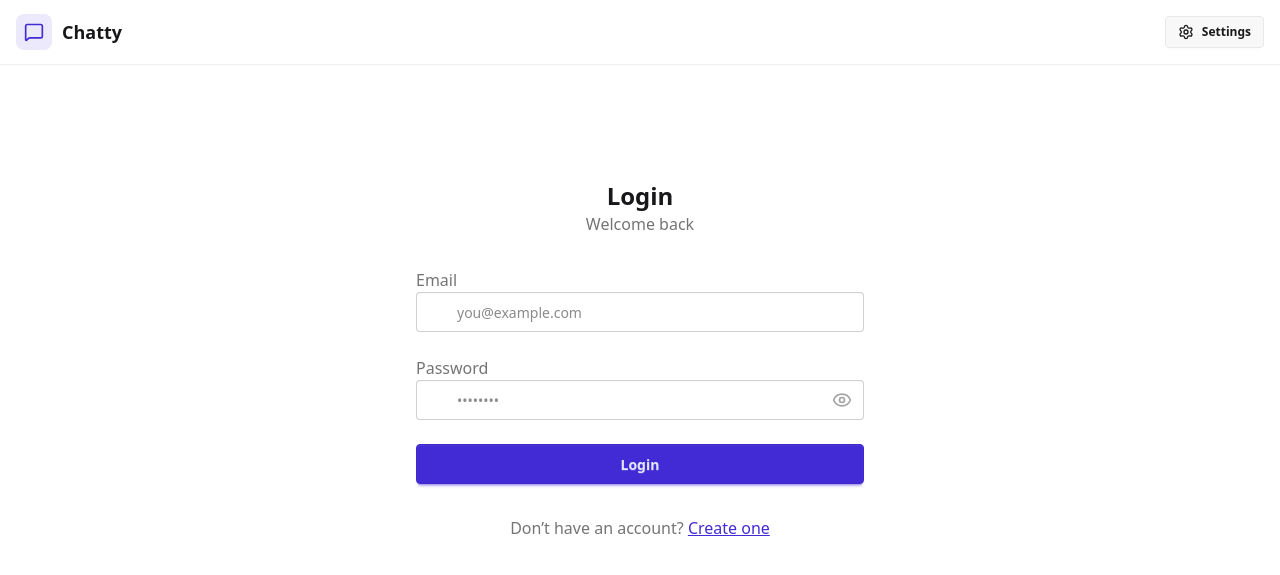
Repository: MdWaseem786/Chatty---MERN-stack
Page: / (app in frontend/)
These files come from the project's save history. The page is drawn as it stood at one moment and after the next save; the edit follows.
The browser window is 1280 px wide. The pictures show the whole page.
The page's requests for data from a server got no answer. The project was rebuilt for these pictures with package versions that can differ from the ones it lists, and the page was loaded fresh each time. No one was signed in, and anything a server would have sent is missing. Also part of the build but not shown: frontend/vite.config.js, frontend/src/pages/HomePage.jsx, frontend/src/components/authImagePattern.jsx, frontend/src/pages/SignUpPage.jsx, frontend/src/pages/ProfilePage.jsx, frontend/src/pages/SettingsPage.jsx.

Above is the page before, as saved 2025-11-25 12:37:05.

### frontend/index.html
<!doctype html>
<html lang="en" data-theme="black">
  <head>
    <meta charset="UTF-8" />
    <link rel="icon" type="image/svg+xml" href="/vite.svg" />
    <meta name="viewport" content="width=device-width, initial-scale=1.0" />
    <title>frontend</title>
  </head>
  <body>
    <div id="root"></div>
    <script type="module" src="/src/main.jsx"></script>
  </body>
</html>

### frontend/src/main.jsx
import React from "react";
import ReactDOM from "react-dom/client";
import { BrowserRouter } from "react-router-dom";
import { App } from "./App";
import "./index.css";


ReactDOM.createRoot(document.getElementById("root")).render(
  <BrowserRouter>
    <App />
  </BrowserRouter>
);

### frontend/src/App.jsx
import React, { useEffect } from "react";
import { Routes, Route, Navigate } from "react-router-dom";
import  Navbar  from "./components/Navbar";
import { HomePage } from "./pages/HomePage";
import  LoginPage  from "./pages/LoginPage";
import { SignUpPage } from "./pages/SignUpPage";
import { ProfilePage } from "./pages/ProfilePage";
import { SettingsPage } from "./pages/SettingsPage";
import { useAuthStore } from "./store/useAuthStore";
import { Loader } from "lucide-react";
import toast, { Toaster } from "react-hot-toast";


export const App = () => {
  const { authUser, checkAuth, isCheckingAuth } = useAuthStore();

  useEffect(() => {
    checkAuth();
  }, [checkAuth]);

  if (isCheckingAuth && !authUser) {
    return (
      <div className="flex justify-center items-center h-screen">
        <Loader className="w-10 h-10 animate-spin text-black" />

      </div>
    );
  }

  return (
    <div data-theme="retro">
      <Navbar />
      <Routes>
        <Route path="/" element={authUser?<HomePage />:<Navigate to="/login"/>} />
        <Route path="/login" element={<LoginPage />} />
        <Route path="/signup" element={<SignUpPage />} />
        <Route path="/profile" element={authUser?<ProfilePage />: <Navigate to="/login"/>} />
        <Route path="/settings" element={<SettingsPage />} />
      </Routes>

      <Toaster />
    </div>
  );
};

### frontend/src/components/Navbar.jsx
import React from "react";
import { Link } from "react-router-dom";
import { MessageSquare, Settings, User, LogOut } from "lucide-react";
import useAuthStore from "../store/useAuthStore";

const Navbar = () => {
  const { logout, authUser } = useAuthStore();

  return (
    <header className="bg-base-100 border-b border-base-300 fixed w-full top-0 z-40 backdrop-blur-lg bg-base-100/80">
      <div className="container mx-auto px-4 h-16">
        <div className="flex items-center justify-between h-full">

          <div className="flex items-center gap-8">
            <Link to="/" className="flex items-center gap-2.5 hover:opacity-80 transition-all">
              <div className="size-9 rounded-lg bg-primary/10 flex items-center justify-center">
                <MessageSquare className="w-5 h-5 text-primary" />
              </div>
              <h1 className="text-lg font-bold">Chatty</h1>
            </Link>
          </div>

          <div className="flex items-center gap-2">

            <Link to="/settings" className="btn btn-sm gap-2">
              <Settings className="w-4 h-4" />
              <span className="hidden sm:inline">Settings</span>
            </Link>

            {authUser && (
              <>
                <Link to="/profile" className="btn btn-sm gap-2">
                  <User className="size-5" />
                  <span className="hidden sm:inline">Profile</span>
                </Link>

                <button className="btn btn-sm gap-2" onClick={logout}>
                  <LogOut className="size-5" />
                  <span className="hidden sm:inline">Logout</span>
                </button>
              </>
            )}

          </div>

        </div>
      </div>
    </header>
  );
};

export default Navbar;

### frontend/src/pages/LoginPage.jsx
import React, { useState } from "react";
import { Mail, Lock, Eye, EyeOff, Loader2 } from "lucide-react";
import { Link, useNavigate } from "react-router-dom";
import { useAuthStore } from "../store/useAuthStore";
import toast from "react-hot-toast";

const LoginPage = () => {
  const navigate = useNavigate();

  const [showPassword, setShowPassword] = useState(false);
  const [formData, setFormData] = useState({
    email: "",
    password: "",
  });

  const { login, isLoggingIn } = useAuthStore();

  const handleSubmit = async (e) => {
    e.preventDefault();

    if (!formData.email.trim()) return toast.error("Email is required");
    if (!formData.password.trim()) return toast.error("Password is required");

    const success = await login(formData);
    if (success) navigate("/");
  };

  return (
    <div className="h-screen flex justify-center items-center p-6">
      <div className="w-full max-w-md space-y-8">

        <div className="text-center mb-8">
          <h1 className="text-2xl font-bold">Login</h1>
          <p className="text-base-content/60">Welcome back</p>
        </div>

        <form onSubmit={handleSubmit} className="space-y-6">

          <div className="form-control">
            <label className="label">
              <span className="label-text font-medium">Email</span>
            </label>

            <div className="relative">
              <div className="absolute inset-y-0 left-0 pl-3 flex items-center pointer-events-none">
                <Mail className="w-5 h-5 text-base-content/40" />
              </div>

              <input
                type="email"
                className="input input-bordered w-full pl-10"
                placeholder="you@example.com"
                value={formData.email}
                onChange={(e) =>
                  setFormData({ ...formData, email: e.target.value })
                }
              />
            </div>
          </div>

          <div className="form-control">
            <label className="label">
              <span className="label-text font-medium">Password</span>
            </label>

            <div className="relative">
              <div className="absolute inset-y-0 left-0 pl-3 flex items-center pointer-events-none">
                <Lock className="w-5 h-5 text-base-content/40" />
              </div>

              <input
                type={showPassword ? "text" : "password"}
                className="input input-bordered w-full pl-10"
                placeholder="••••••••"
                value={formData.password}
                onChange={(e) =>
                  setFormData({ ...formData, password: e.target.value })
                }
              />

              <button
                type="button"
                className="absolute inset-y-0 right-0 pr-3 flex items-center"
                onClick={() => setShowPassword(!showPassword)}
              >
                {showPassword ? (
                  <EyeOff className="w-5 h-5 text-base-content/40" />
                ) : (
                  <Eye className="w-5 h-5 text-base-content/40" />
                )}
              </button>
            </div>
          </div>

          <button
            type="submit"
            className="btn btn-primary w-full"
            disabled={isLoggingIn}
          >
            {isLoggingIn ? (
              <span className="flex items-center gap-2">
                <Loader2 className="w-5 h-5 animate-spin" />
                Logging in...
              </span>
            ) : (
              "Login"
            )}
          </button>

        </form>

        <div className="text-center">
          <p className="text-base-content/60">
            Don’t have an account?{" "}
            <Link to="/signup" className="link link-primary">
              Create one
            </Link>
          </p>
        </div>

      </div>
    </div>
  );
};

export default LoginPage;

### frontend/src/store/useAuthStore.js
import { create } from "zustand";
import axiosInstance from "../lib/axios";
import toast from "react-hot-toast";

export const useAuthStore = create((set) => ({
  authUser: null,
  isSigningUp: false,
  isLoggingIn: false,
  isUpdatingProfile: false,
  isCheckingAuth: true,

  checkAuth: async () => {
    try {
      const res = await axiosInstance.get("/auth/check");
      set({ authUser: res.data });
    } catch (error) {
      console.log(error);
      set({ authUser: null });
    } finally {
      set({ isCheckingAuth: false });
    }
  },

  signup: async (data) => {
    set({ isSigningUp: true });

    try {
      const res = await axiosInstance.post("/auth/signup", data);
      set({ authUser: res.data });
      toast.success("Account Created Successfully");

      return true;     // <-- REQUIRED FOR REDIRECT
    } catch (error) {
      toast.error(error.response?.data?.message || "Signup Failed");

      return false;    // <-- REQUIRED FOR REDIRECT
    } finally {
      set({ isSigningUp: false });
    }
  },
  logout: async(  ) => {
    try {
      await axiosInstance.post("/auth/signout");
      set({ authUser: null });
      toast.success("Logged out successfully");
    } catch (error) {
      toast.error(error.response?.data?.message || "Logout Failed");
    }
  },
  login: async (data) => {
    set({ isLoggingIn: true });
    try {
      const res = await axiosInstance.post("/auth/signin", data);
      set({ authUser: res.data });
      toast.success("Logged in successfully");
      return true;
    } catch (error) {
      toast.error(error.response?.data?.message || "Login failed");
      return false;
    } finally {
      set({ isLoggingIn: false });
    }
  },
  updateProfile: async (data) => {
    set({ isUpdatingProfile: true });

    try {
      const res = await axiosInstance.put("/auth/update-profile", data);

      set((state) => ({
        authUser: {
          ...state.authUser,
          ...res.data.user
        },
        isUpdatingProfile: false
      }));

      toast.success("Profile Updated Successfully");

    } catch (error) {
      console.log("error in updating profile:", error);
      const message = error.response?.data?.message || "Update failed";
      toast.error(message);

    } finally {
      set({ isUpdatingProfile: false });
    }
  },


}));

export default useAuthStore;

### frontend/src/lib/axios.js
import axios from "axios";

export const axiosInstance = axios.create({
    baseURL: "http://localhost:5000/api",
    withCredentials: true,
});

export default axiosInstance;

Loaded but not shown: frontend/src/index.css (common file)

After the next save:
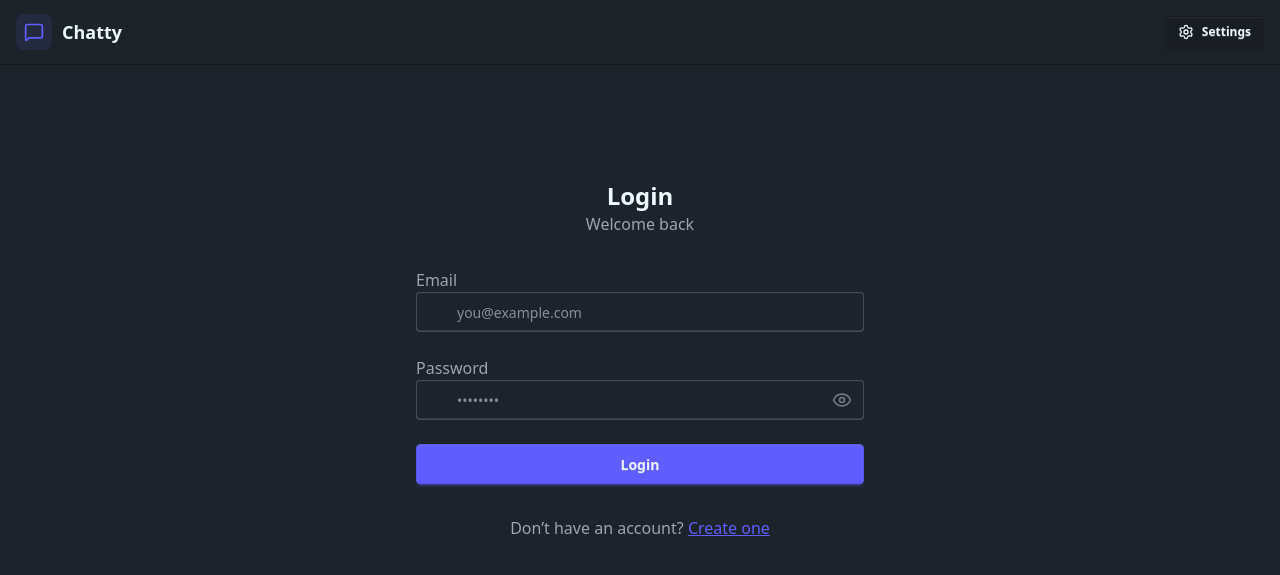
Saved 4 s later.
--- a/frontend/index.html
+++ b/frontend/index.html
@@ -1,5 +1,5 @@
 <!doctype html>
-<html lang="en" data-theme="black">
+<html lang="en" data-theme="dark">
   <head>
     <meta charset="UTF-8" />
     <link rel="icon" type="image/svg+xml" href="/vite.svg" />

After the 2 saves that followed:
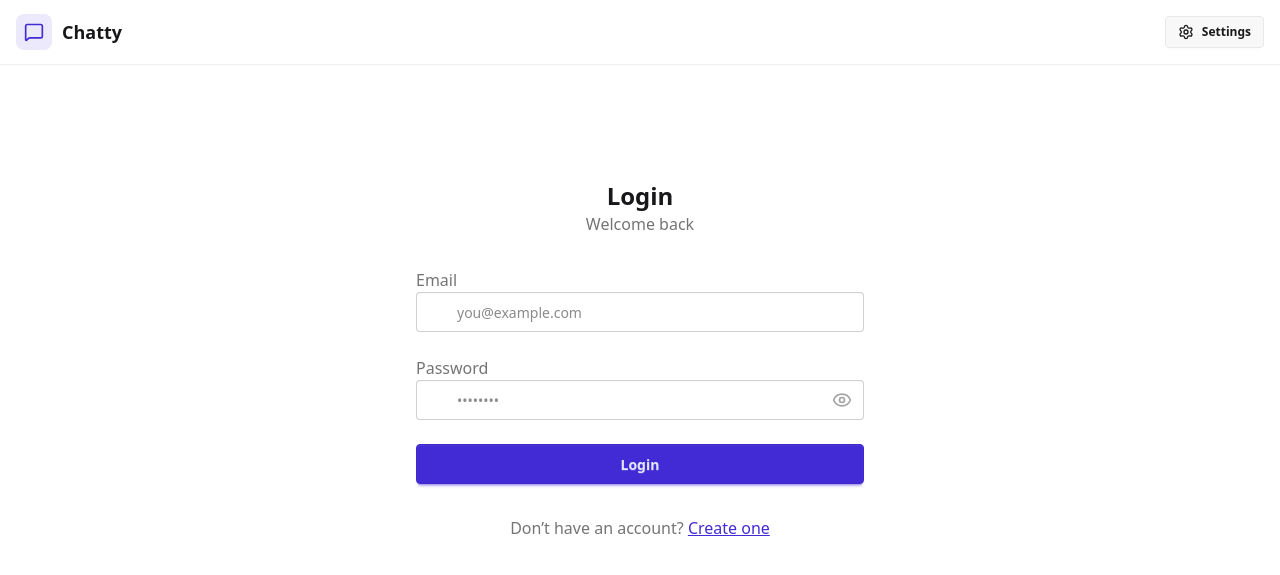
The 2 saves are shown as one change because 1 left the picture as it was.
The last was saved 47 s later.
--- a/frontend/index.html
+++ b/frontend/index.html
@@ -1,5 +1,5 @@
 <!doctype html>
-<html lang="en" data-theme="dark">
+<html lang="en" data-theme="retro">
   <head>
     <meta charset="UTF-8" />
     <link rel="icon" type="image/svg+xml" href="/vite.svg" />
--- a/frontend/src/App.jsx
+++ b/frontend/src/App.jsx
@@ -28,7 +28,7 @@ export const App = () => {
   }
 
   return (
-    <div data-theme="retro">
+    <div >
       <Navbar />
       <Routes>
         <Route path="/" element={authUser?<HomePage />:<Navigate to="/login"/>} />
